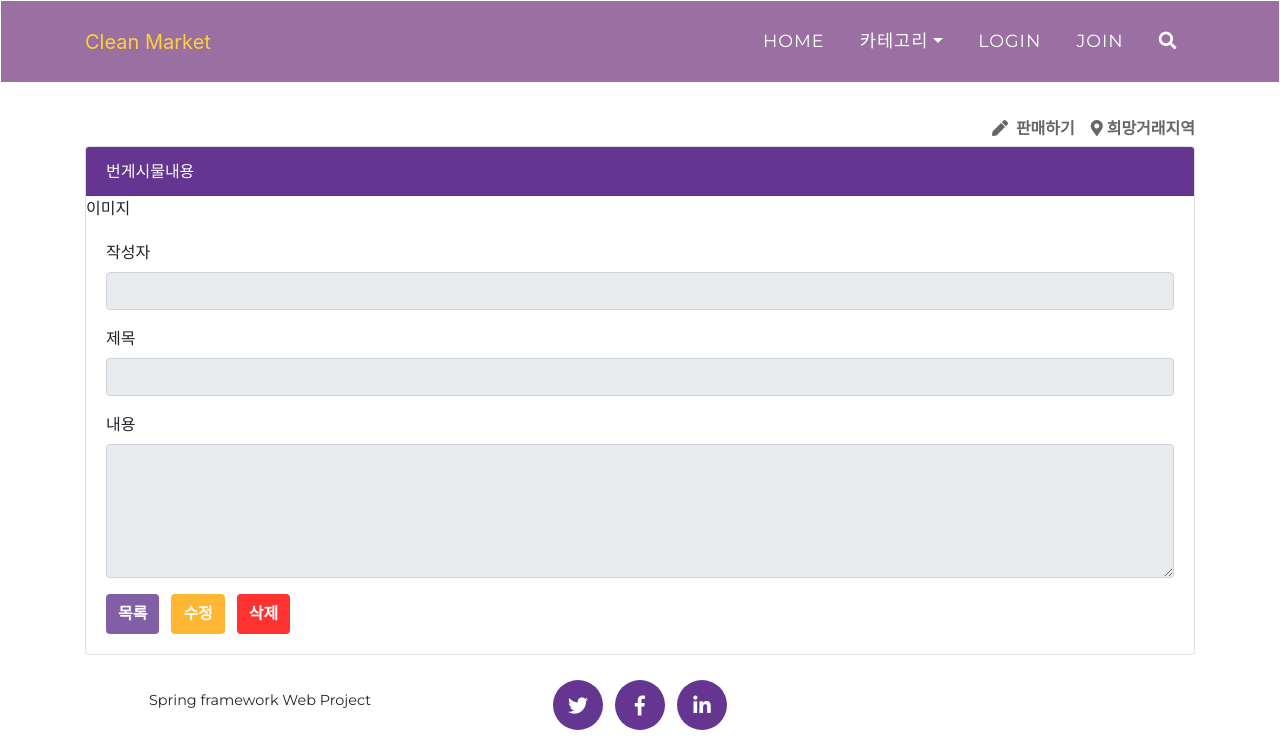
Repository: mim-mim-ji/Cleanmarket_web
Page: http://localhost/CleanMarket/WEB-INF/views/item/content.jsp
These files come from the project's save history. The page is drawn as it stood at one moment and after the next save; the edit follows.
The browser window is 1280 px wide. The pictures show the whole page.
Some web fonts or font styles are not loaded; a fallback is used. The page is served by Tomcat 9. Nobody is signed in. The template is opened directly, without the code that normally fills it, so the values that code supplies are empty.

Above is the page before, as saved 2021-03-23 14:41:48.

After the next save:
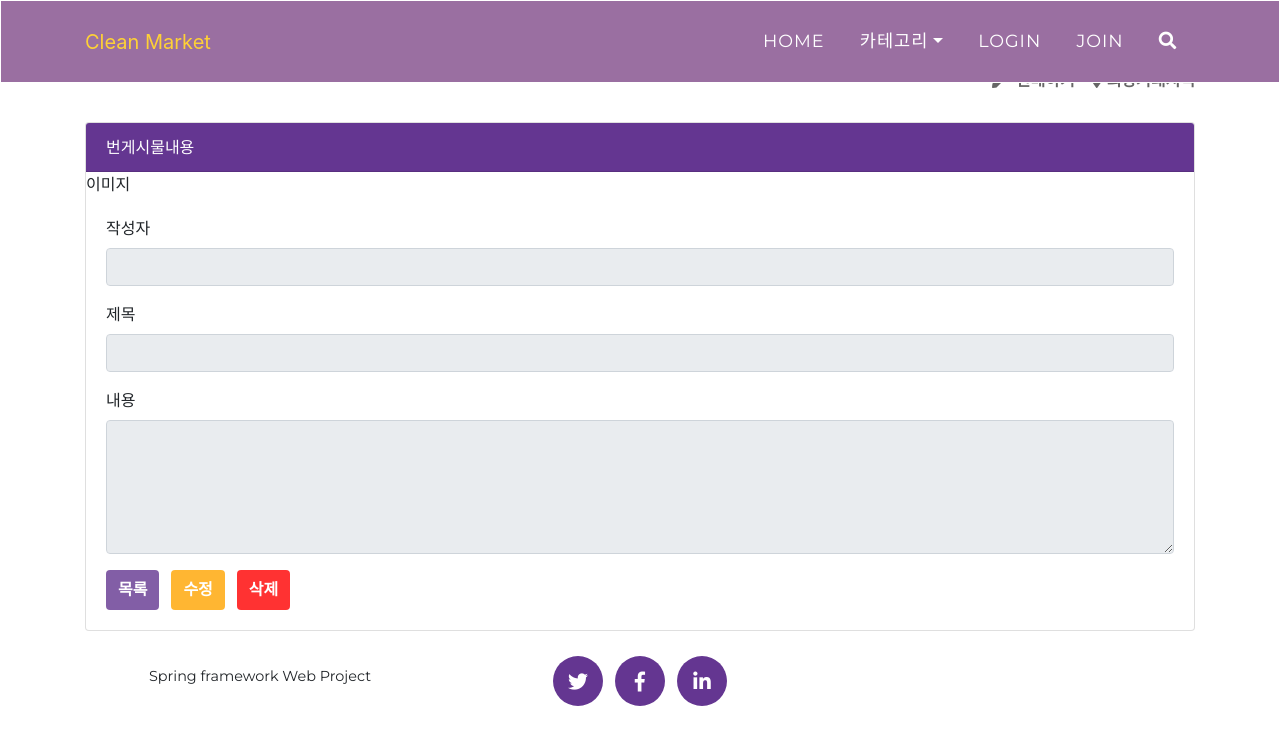
Saved 28 s later.
--- a/CleanMarket/src/main/webapp/WEB-INF/views/item/content.jsp
+++ b/CleanMarket/src/main/webapp/WEB-INF/views/item/content.jsp
@@ -9,8 +9,7 @@ header.masthead {
 	display: none;
 }
 </style>
-<br />
-<br />
+
 <div>
 	<div align="right"
 		style="background-color: white; margin-top: 20px; height: 30px; opacity: 0.8;">
@@ -35,6 +34,7 @@ header.masthead {
 
 	</div>
 </div>
+<br>
 
 <div class="container">
 
